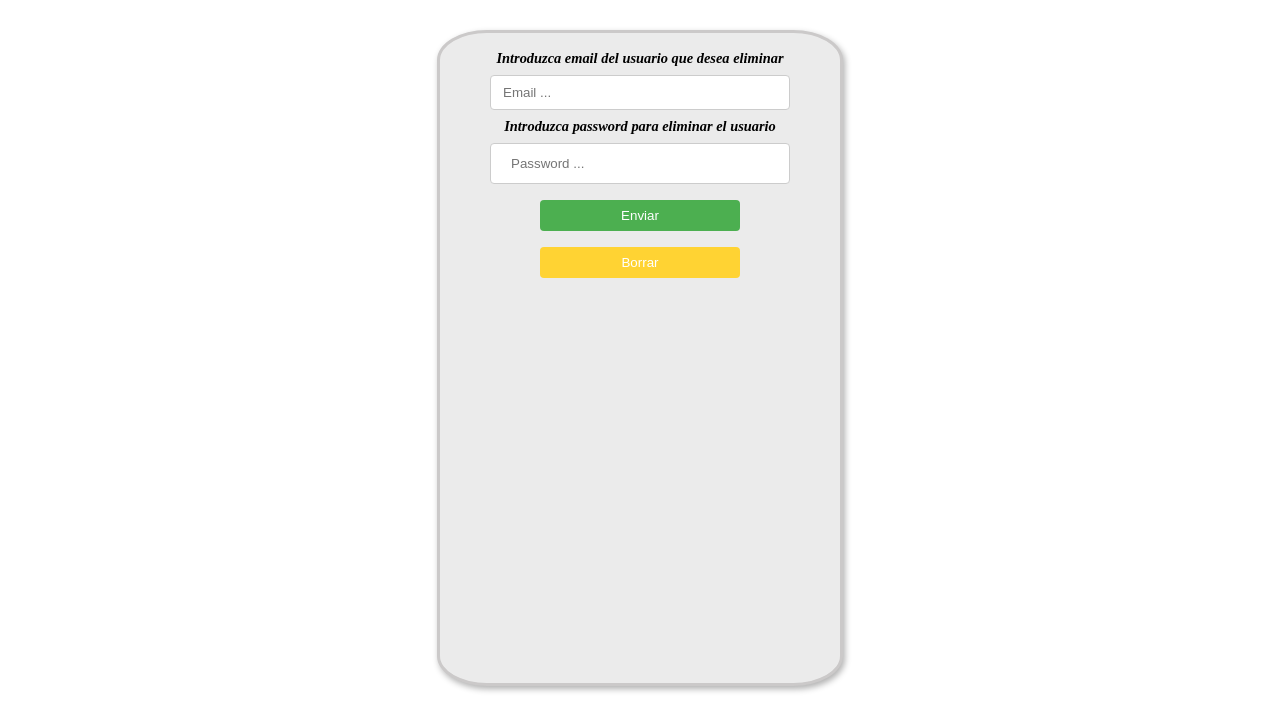
Repository: nachmz42/ProyectoJoker
Page: http://localhost/Joker/eliminarusuario.jsp
These files come from the project's save history. The page is drawn as it stood at one moment and after the next save; the edit follows.
The browser window is 1280 px wide. The pictures show the whole page.
The page is served by Tomcat 9. Other server files are loaded and not shown.

Above is the page before, as saved 2021-07-02 11:25:36.

### Joker/src/main/webapp/eliminarusuario.jsp
<%@ page language="java" contentType="text/html; charset=ISO-8859-1"
    pageEncoding="ISO-8859-1"%>
<!DOCTYPE html>
<html>
<head>
<meta charset="ISO-8859-1">
<title>Insert title here</title>
<link rel="stylesheet" href="STYLE/css/eliminarusuario.css"></link>
</head>
<body>


<div class= "testbox">
  <form action="/Joker/ServletEliminarusuario" method="post"><br>
  <div clas="form2">
  	<label for="email">Introduzca email del usuario que desea eliminar</label>
    <input type="email" id="email" name="email" placeholder="Email ..." required><br>

    <label for="password">Introduzca password para eliminar el usuario</label>
    <input type="text" id="password" name="password" placeholder="Password ..." required><br>

    <input type="submit" value="Enviar"><br>
    <input type="reset" value="Borrar"><br>
    </div>
  </form>
</div>





</body>
</html>

### Joker/src/main/webapp/STYLE/css/eliminarusuario.css
@charset "ISO-8859-1";



input[type=text], select {
	width: 75%;
	padding: 12px 20px;
	margin: 8px 0;
	display: inline-block;
	border: 1px solid #ccc;
	border-radius: 4px;
	box-sizing: border-box;
}

input[type=email], select {
	width: 75%;
	padding: 9px 12px;
	margin: 8px 0;
	display: inline-block;
	border: 1px solid #ccc;
	border-radius: 4px;
	box-sizing: border-box;
}

input[type=submit] {
	width: 50%;
	background-color: #4CAF50;
	color: white;
	padding: 8px 0px;
	margin: 8px 0;
	border: none;
	border-radius: 4px;
	cursor: pointer;
	Text-align: center;
}

input[type=reset] {
	width: 50%;
	background-color: #FFD333;
	color: white;
	padding: 8px 0px;
	margin: 8px 0;
	border: none;
	border-radius: 4px;
	cursor: pointer;
	Text-align: center;
}


.testbox {
	margin: 30px auto;
	width: 400px;
	height: 650px;
	-webkit-border-radius: 50px/30px;
	-moz-border-radius: 50px/30px;
	border-radius: 50px/30px;
	background-color: #ebebeb;
	-webkit-box-shadow: 2px 3px 6px rgba(0, 0, 0, .31);
	-moz-box-shadow: 2px 3px 6px rgba(0, 0, 0, .31);
	box-shadow: 2px 3px 6px rgba(0, 0, 0, .31);
	border: solid 3px #cbc9c9;
	Text-align: center;
	 font: oblique bold 90% cursive;
}





.form2 {
    Text-align: left;
    width: 350px;
    margin-left: 50px;
}}

After the next save:
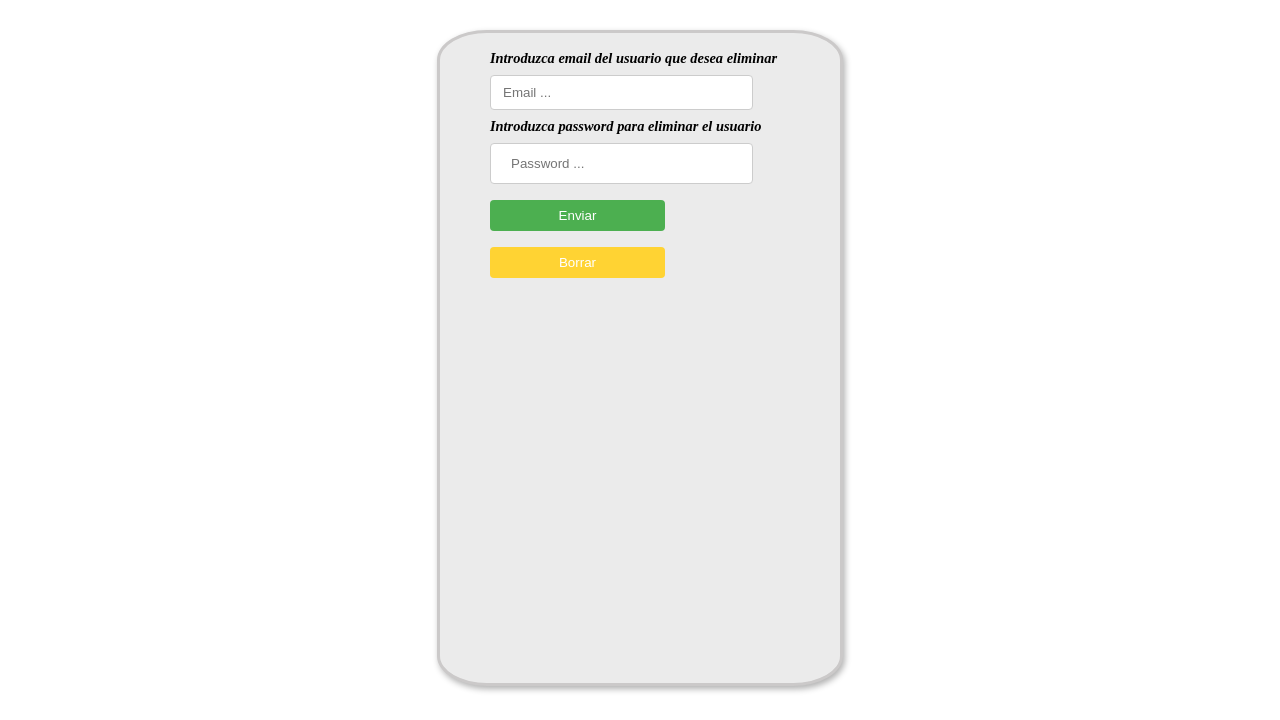
Saved 21 s later.
--- a/Joker/src/main/webapp/eliminarusuario.jsp
+++ b/Joker/src/main/webapp/eliminarusuario.jsp
@@ -12,7 +12,7 @@
 
 <div class= "testbox">
   <form action="/Joker/ServletEliminarusuario" method="post"><br>
-  <div clas="form2">
+  <div class="form2">
   	<label for="email">Introduzca email del usuario que desea eliminar</label>
     <input type="email" id="email" name="email" placeholder="Email ..." required><br>
 
